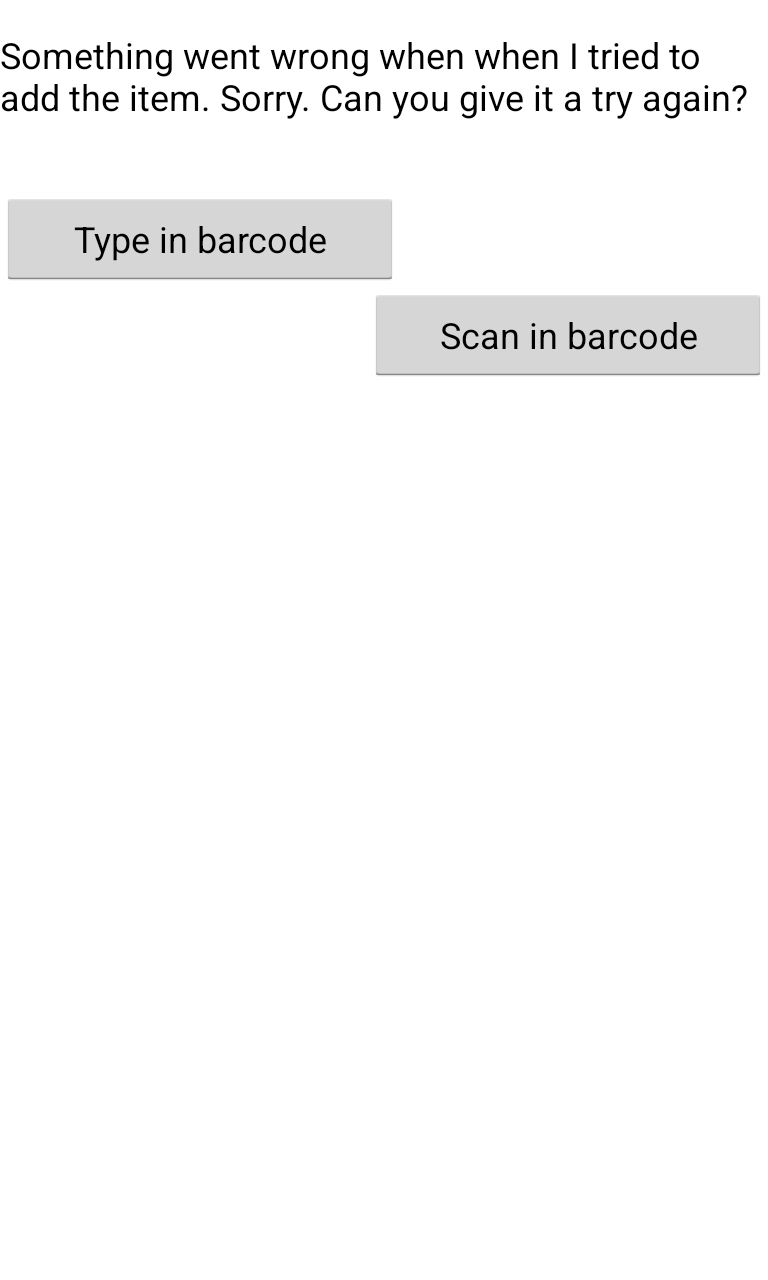
Repository: harvard-lil/wtwba-android-app
Layout: wtwba/res/layout/activity_scan_error.xml
An editor plug-in stored every save of this project. The layout is shown before and after the next save, followed by the edit.
It is drawn on a 768 x 1280 px phone screen (xhdpi) without system bars, with theme AppTheme; the app's code is not run.

Above is the layout before, as saved 2013-03-18 16:47:24.

### wtwba/res/layout/activity_scan_error.xml
<?xml version="1.0" encoding="utf-8"?>
<LinearLayout xmlns:android="http://schemas.android.com/apk/res/android"
    android:layout_width="fill_parent"
    android:layout_height="fill_parent"
    android:layout_margin="15dip"
    android:orientation="vertical" >

    <TextView
        android:layout_width="fill_parent"
        android:layout_height="wrap_content"
        android:layout_marginTop="15dip"
        android:layout_marginBottom="35dip"
        android:text="@string/scan_error"
        android:textAppearance="?android:attr/textAppearanceMedium"
         />

    <Button
        android:layout_width="200dp"
        android:layout_height="wrap_content"
        android:layout_gravity="left"
        android:text="@string/button_key_item"
        android:onClick="keyItem"/>
    <Button
        android:layout_width="200dp"
        android:layout_height="wrap_content"
        android:layout_gravity="right"
        android:text="@string/button_scan_item"
        android:onClick="scanItem"/>
</LinearLayout>

### wtwba/res/values/strings.xml
<?xml version="1.0" encoding="utf-8"?>
<resources>

    <string name="app_name">wtwba</string>
    <string name="main_activity_title">Where the Wild Books Are</string>
    <string name="activity_item_details_title">Wild Books</string>
    <string name="activity_scan_title">Wild Books</string>
    <string name="activity_manage_user_title">Manage user key</string>
    <string name="activity_location_title">Select your current location</string>
    <string name="scan_error_title">Something went wrong</string>
    <string name="user_name_box_label">Enter your assigned user key</string>
    <string name="edit_message">Enter a message</string>
    <string name="loading_message">Loading</string>


    <string name="button_confirm_delete">Delete from list</string>
    <string name="button_scan_item">Scan in barcode</string>
    <string name="button_key_item">Type in barcode</string>
    <string name="activity_delete_title">Delete from list</string>

    <string name="button_scan">Scan</string>
    <string name="button_item_confrim">Return home</string>
    <string name="button_add">Add to list</string>
    <string name="button_save_user_name">Save user key</string>
    <string name="menu_settings">Settings</string>
    <string name="scan_error">Something went wrong when when I tried to add the item. Sorry. Can you give it a try again?</string>
    <string name="title_activity_main">MainActivity</string>
    <string name="hello_world">Hello world!</string>
    <string name="title_holder">Sample Title Here</string>
    <string name="connection_error">Unable to connect to network</string>
    <string name="title_activity_display_message">DisplayMessageActivity</string>
    <string name="empty_list">You haven\'t added any items.</string>

</resources>

Loaded but not shown: wtwba/res/values-v11/styles.xml (common file); wtwba/res/values-v14/styles.xml (common file); wtwba/res/values/styles.xml (common file)

After the next save:
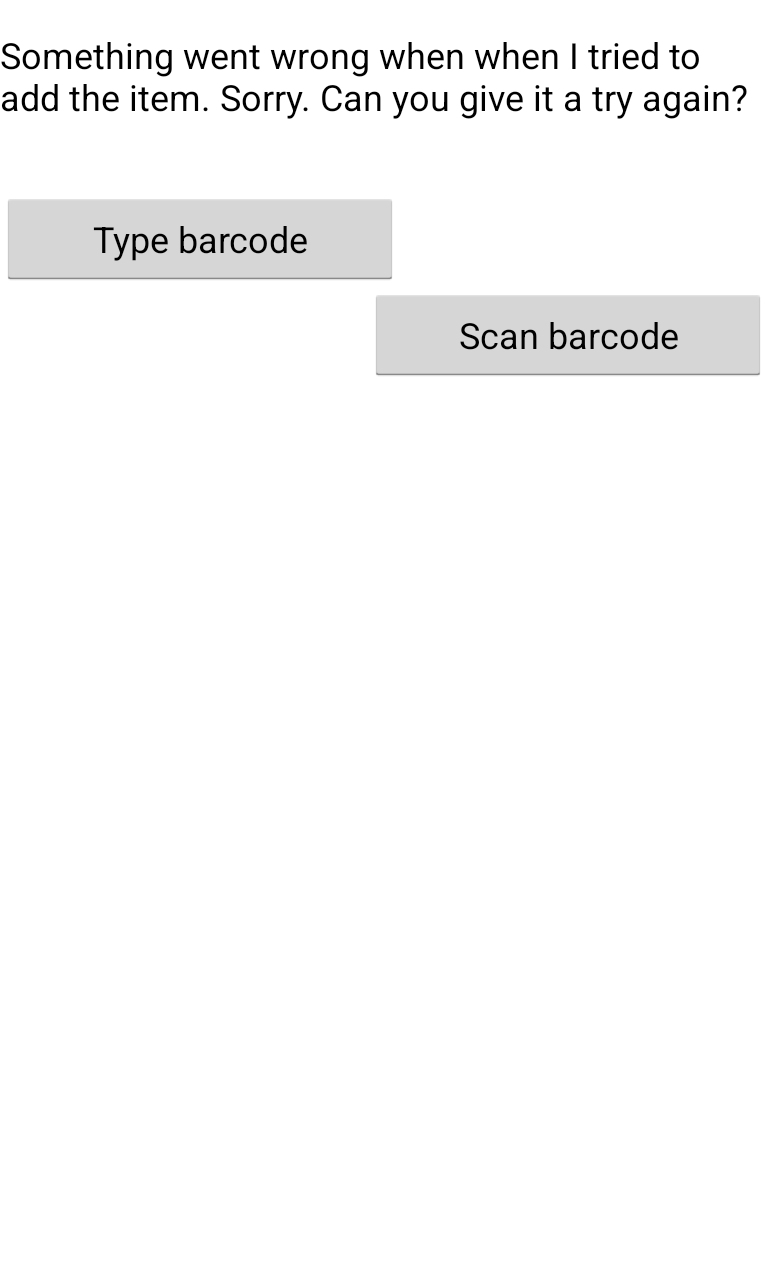
Saved 77 s later.
--- a/wtwba/res/values/strings.xml
+++ b/wtwba/res/values/strings.xml
@@ -14,8 +14,8 @@
 
 
     <string name="button_confirm_delete">Delete from list</string>
-    <string name="button_scan_item">Scan in barcode</string>
-    <string name="button_key_item">Type in barcode</string>
+    <string name="button_scan_item">Scan barcode</string>
+    <string name="button_key_item">Type barcode</string>
     <string name="activity_delete_title">Delete from list</string>
 
     <string name="button_scan">Scan</string>
